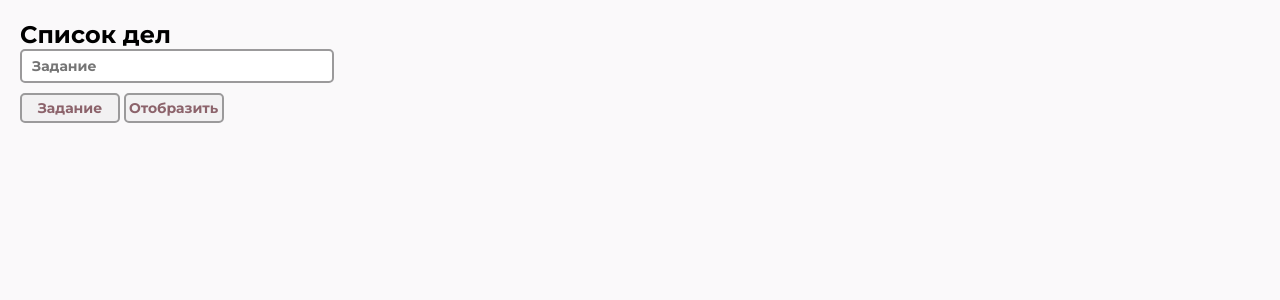
Repository: andbaik/it_unit9
Page: index.html
These files come from the project's save history. The page is drawn as it stood at one moment and after a run of saves; the edit follows.
The browser window is 1280 px wide. The pictures show the whole page.

Above is the page before, as saved 2021-04-06 22:09:42.

### index.html
<!DOCTYPE html>
<html lang="ru">
<head>
    <meta charset="UTF-8">
    <meta http-equiv="X-UA-Compatible" content="IE=edge">
    <meta name="viewport" content="width=device-width, initial-scale=1.0">
    <title>Список дел</title>
    <link rel="stylesheet" href="/css/style.css">
</head>
<body>

    <head>
        <h1>Список дел</h1>
    </head>
    <section>
        <input type="text" name="task" id="task" placeholder="Задание">
        <div class="btn-block">
        <button class="add-task btn">Задание</button>
        <button class="show-task btn">Отобразить</button>
        </div>
        <div class="result"></div>
    </section>
</body>
</html>

### css/style.css
@import url('https://fonts.googleapis.com/css2?family=Montserrat:wght@400;700&display=swap');

* {
    margin: 0;
    padding: 0;
    font-family: 'Montserrat', sans-serif;
    font-size: 14px;
}

body {
    margin: 20px;
    background-color: #FAF9FA;

}

h1 {
    font-size: 24px;
}

input {
    width: 300px;
    height: 30px;
    border: 2px solid #9B9A9B;
    border-radius: 5px;
    color: #6B6A6B;
    outline: none;
    padding-left: 10px;
    font-weight: 700;
    margin: ;
}

section .btn-block{
    margin: 10px 0;
}

.btn {
    width: 100px;
    height: 30px;
    background-color: #F2F1F2;
    color: #8C636B;
    border: 2px solid #9B9A9B;
    border-radius: 5px;
    font-weight: 700;


}

/*
9B999B - border
F2F1F2 - btn bacground
6B696B - plasholder color text
C2C1C2 - btn text color

848384 - div color text
C2C1C2 border color div
*/

After the next 2 saves:
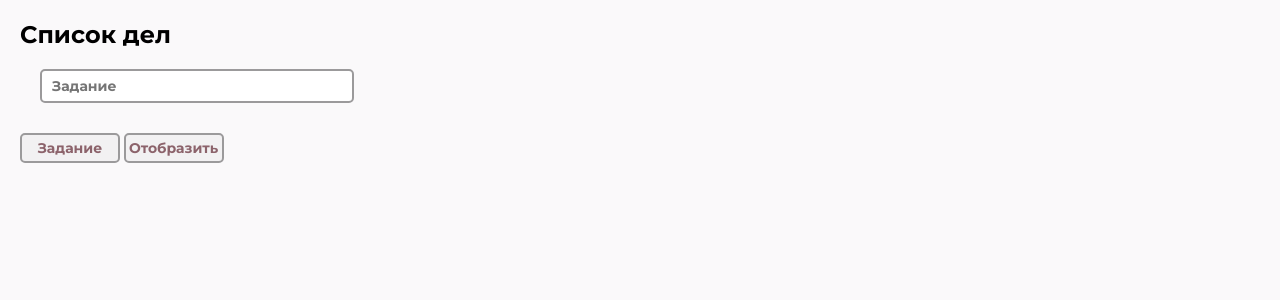
The 2 saves are shown as one change because they came seconds apart.
The last was saved 14 s later.
--- a/css/style.css
+++ b/css/style.css
@@ -26,7 +26,7 @@ input {
     outline: none;
     padding-left: 10px;
     font-weight: 700;
-    margin: ;
+    margin: 20px;
 }
 
 section .btn-block{
